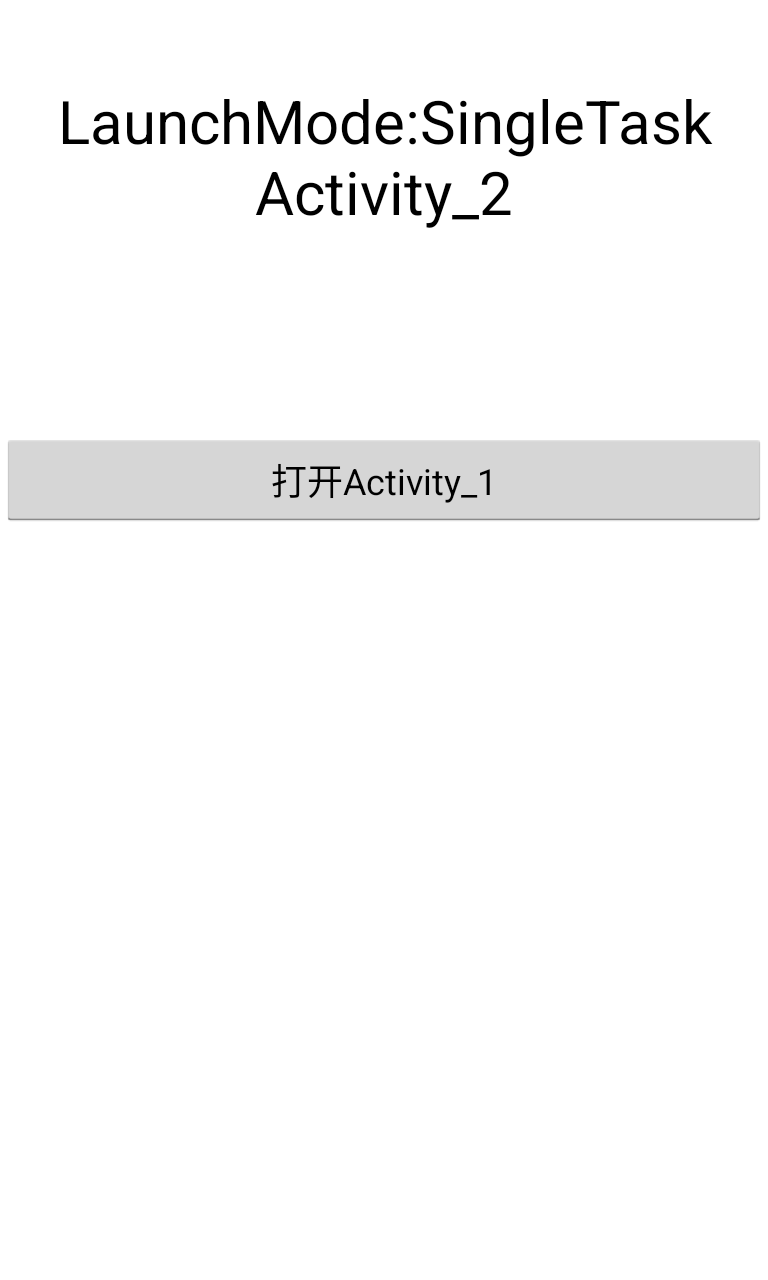
Repository: CiLiNet-Android/courseware
Layout: Android基本组件/Activity/SourceCodes/TaskStackDemo/res/layout/launchmode_singleinstance_activity_2.xml
An editor plug-in stored every save of this project. The layout is shown before and after the next save, followed by the edit.
It is drawn on a 768 x 1280 px phone screen (xhdpi) without system bars, with theme AppTheme; the app's code is not run.

Above is the layout before, as saved 2013-11-23 12:37:44.

### Android基本组件/Activity/SourceCodes/TaskStackDemo/res/layout/launchmode_singleinstance_activity_2.xml
<?xml version="1.0" encoding="utf-8"?>
<LinearLayout xmlns:android="http://schemas.android.com/apk/res/android"
    android:layout_width="match_parent"
    android:layout_height="match_parent"
    android:orientation="vertical" >

    <TextView
        android:layout_width="match_parent"
        android:layout_height="wrap_content"
        android:layout_marginTop="40dp"
        android:text="@string/launchMode_singleTask_activity_2"
        android:textColor="#000"
        android:textSize="30sp"
        android:gravity="center"/>

    <Button
        android:layout_width="match_parent"
        android:layout_height="wrap_content"
        android:layout_marginTop="100dp"
        android:text="@string/launchMode_singleTask_start_activity_1"
        android:id="@+id/btn_launchMode_singleTask_start_activity_1"/>

</LinearLayout>

### Android基本组件/Activity/SourceCodes/TaskStackDemo/res/values/strings.xml
<resources>

    <string name="app_name">TaskStackDemo</string>

    <string name="activity_1">Activity_1</string>
    <string name="start_activity_2">打开Activity_2</string>

    <string name="activity_2">Activity_2</string>
    <string name="start_activity_3">打开Activity_3</string>

    <string name="activity_3">Activity_3</string>
    <string name="finish_activity_3">关闭Activity_3</string>

    <string name="start_dailActivity">打开拨号Activity</string>

    <string name="launchMode_singleTop_activity_1">LaunchMode:SingleTop Activity_1</string>
	<string name="launchMode_singleTop_start_activity_2">打开Activity_2</string>
	<string name="launchMode_singleTop_activity_2">LaunchMode:SingleTop Activity_2</string>
	<string name="launchMode_singleTop_start_activity_1">打开Activity_1</string>

	<string name="launchMode_singleTask_activity_1">LaunchMode:SingleTask Activity_1</string>
	<string name="launchMode_singleTask_start_activity_2">打开Activity_2</string>
	<string name="launchMode_singleTask_activity_2">LaunchMode:SingleTask Activity_2</string>
	<string name="launchMode_singleTask_start_activity_1">打开Activity_1</string>

	<string name="launchMode_singleInstance_activity_1">LaunchMode:SingleInstance Activity_1</string>
	<string name="launchMode_singleInstance_start_activity_2">打开Activity_2</string>
	<string name="launchMode_singleInstance_activity_2">LaunchMode:SingleInstance Activity_2</string>
	<string name="launchMode_singleInstance_start_activity_1">打开Activity_1</string>

</resources>

Loaded but not shown: Android基本组件/Activity/SourceCodes/TaskStackDemo/res/values/styles.xml (common file); Android基本组件/Activity/SourceCodes/TaskStackDemo/res/values-v11/styles.xml (common file); Android基本组件/Activity/SourceCodes/TaskStackDemo/res/values-v14/styles.xml (common file)

After the next save:
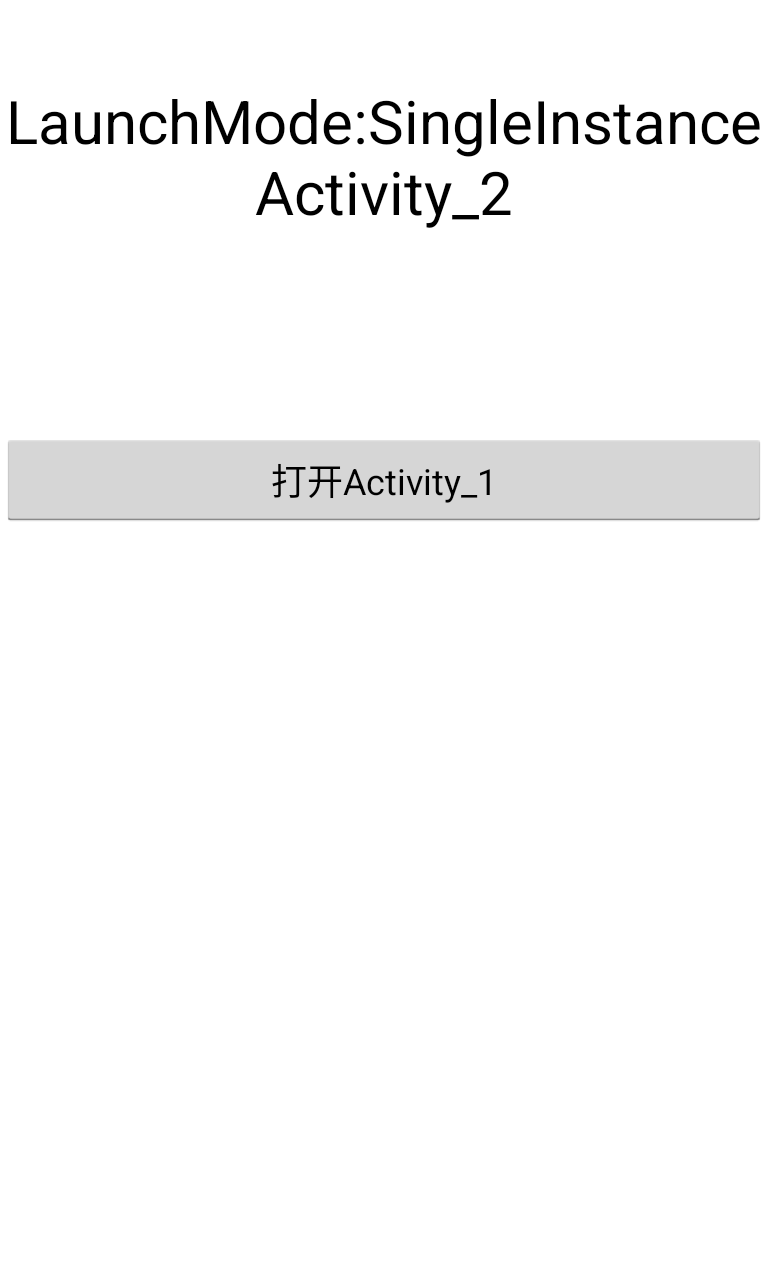
Saved 16 s later.
--- a/Android基本组件/Activity/SourceCodes/TaskStackDemo/res/layout/launchmode_singleinstance_activity_2.xml
+++ b/Android基本组件/Activity/SourceCodes/TaskStackDemo/res/layout/launchmode_singleinstance_activity_2.xml
@@ -8,7 +8,7 @@
         android:layout_width="match_parent"
         android:layout_height="wrap_content"
         android:layout_marginTop="40dp"
-        android:text="@string/launchMode_singleTask_activity_2"
+        android:text="@string/launchMode_singleInstance_activity_2"
         android:textColor="#000"
         android:textSize="30sp"
         android:gravity="center"/>
